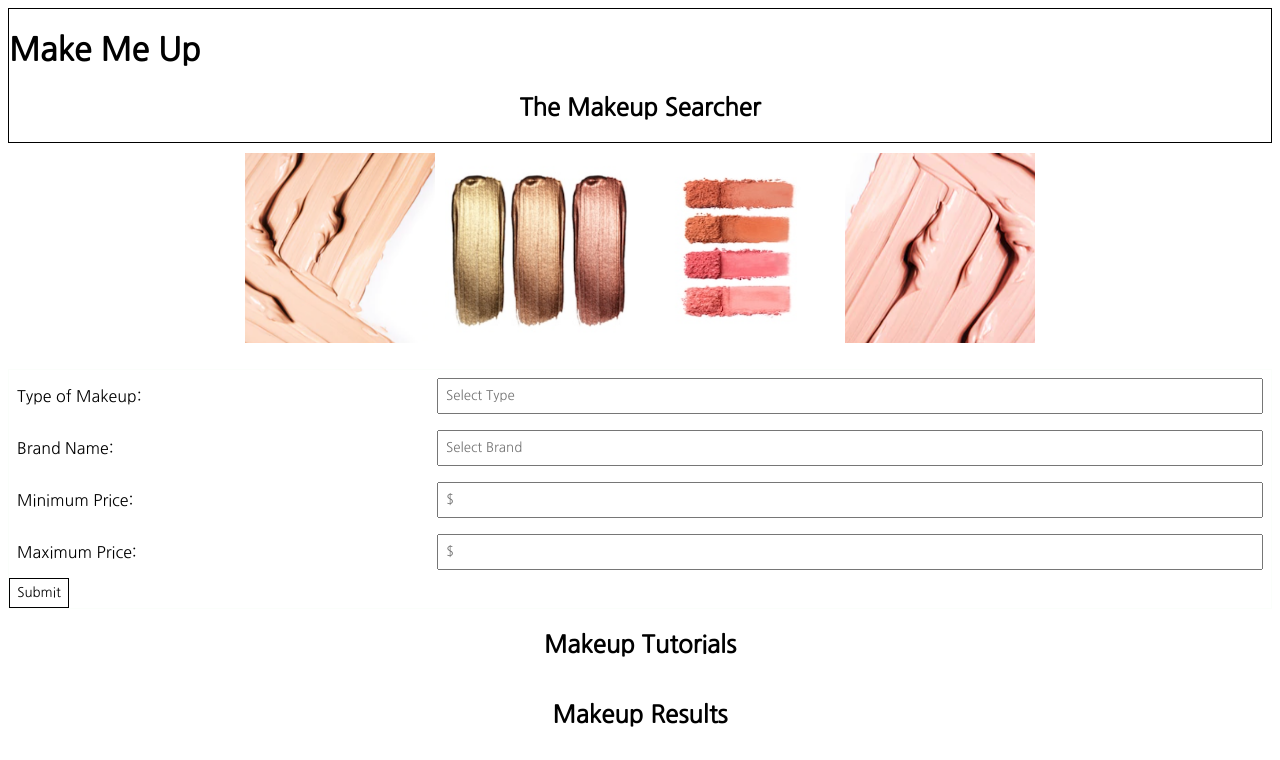
Repository: kaitlynMidori/MakeMeUp
Page: index.html
These files come from the project's save history. The page is drawn as it stood at one moment and after the next save; the edit follows.
The browser window is 1280 px wide. The pictures show the whole page.

Above is the page before, as saved 2020-12-10 17:29:35.

After the next save:
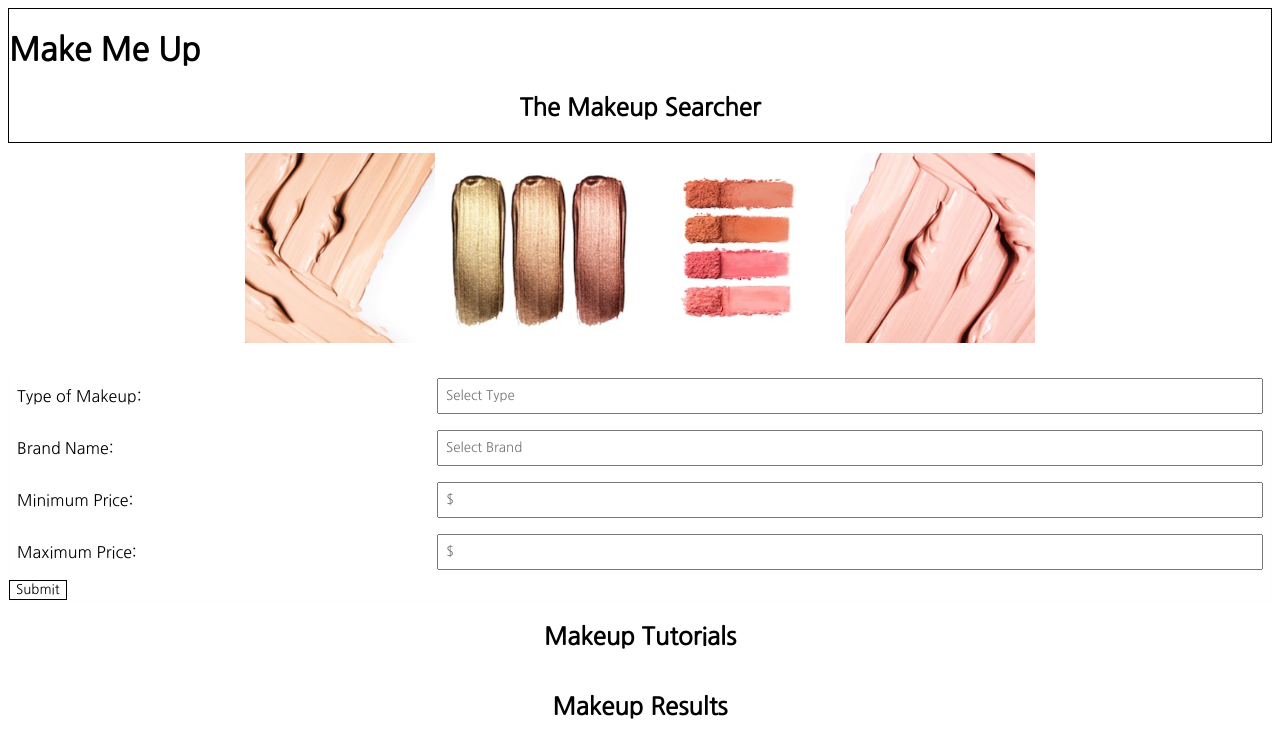
Saved 35 s later.
--- a/style.css
+++ b/style.css
@@ -76,8 +76,6 @@ body {
 } */
 
 #submit-btn {
-    height: 30px;
-    width: 60px;
     background-color: white;
     color: black;
     border-style: solid;
